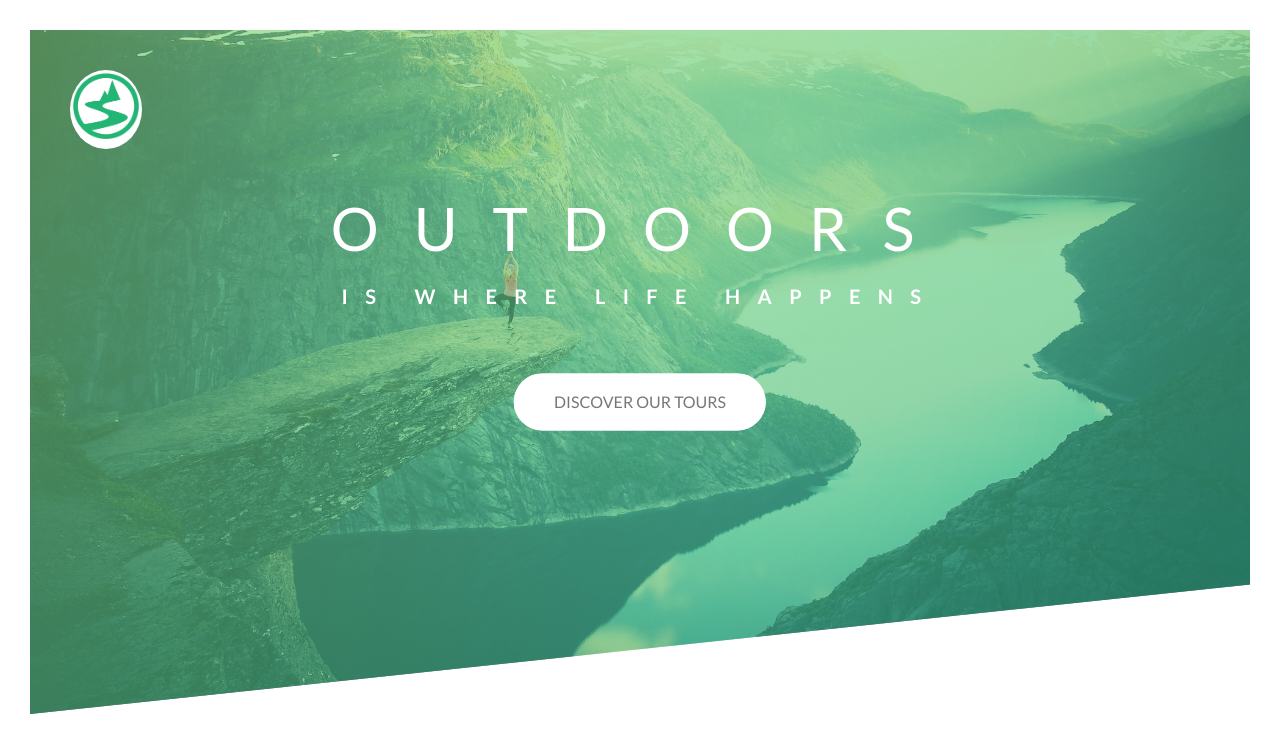
Repository: mukiSabljakovic/NatoursV1
Page: index.html
The author's editor kept a copy of each file at every save. The page is drawn from the files as they stood at one save, then again after the next save.
The browser window is 1280 px wide. The pictures show the whole page.
Some web libraries are served in a nearby version.

Above is the page before, as saved 2020-05-11 16:28:50.

### index.html
<!DOCTYPE html>
<html lang="en">
    <head>
        <meta charset="UTF-8">
        <meta name="viewport" content="width=device-width, initial-scale=1.0">

        <link href="https://fonts.googleapis.com/css?family=Lato:100,300,400,700,900" rel="stylesheet">

        <link rel="stylesheet" href="https://use.fontawesome.com/releases/v5.13.0/css/all.css" integrity="sha384-Bfad6CLCknfcloXFOyFnlgtENryhrpZCe29RTifKEixXQZ38WheV+i/6YWSzkz3V" crossorigin="anonymous">
        <link rel="stylesheet" href="style.css">
        <link rel="stylesheet" href="css/style.css">
        <link rel="shortcut icon" type="image/png" href="img/favicon.png">

        <title>Natours | Exciting tours for adventurous people</title>
    </head>
    <body>
       <header class="header">
           <div class="logo-box">
               <img class="logo" src="img/logo.png" alt="Natours Logo">
           </div>

           <div class="text-box">
               <h1 class="heading-primary">
                   <span class="heading-primary-main">Outdoors</span>
                   <span class="heading-primary-sub">is where life happens</span>
               </h1>
               <a href="#" class="btn btn-white btn-animated">Discover our tours</a>
           </div>

       </header>

    </body>
</html>

### css/style.css
@import url('https://fonts.googleapis.com/css2?family=Lato:wght@300;400;900&display=swap');

/*
COLORS:

Light green: #7ed56f
Medium green: #55c57a
Dark green: #28b485

*/

/* Basic Reset */


* {
    margin: 0;
    padding: 0;
    box-sizing: border-box;
}

body {
    font-family: 'Lato', sans-serif;
    font-weight: 400;
    font-size: 16px;
    line-height: 1.7;
    color: #777;
    padding: 1.875rem;
}

.header {
    height: 95vh;
    background-image: linear-gradient(
        to right bottom,
        rgba(126, 213, 111, .6),
        rgba(40, 180, 133, .6)),
        url(../img/hero.jpg);
    background-size: cover;
    background-position: top;

    clip-path: polygon(0 0, 100% 0, 100% 77vh, 0 100%);
    position: relative;
}

.logo-box {
    position: absolute;
    top: 40px;
    left: 40px;
    background: white;
    border-radius: 100%;
    padding: 3px;
}

.logo {
    height: 66px;

}

.text-box {
    position: absolute;
    top: 40%;
    left: 50%;
    transform: translate(-50%, -50%);
    text-align: center;
}

.heading-primary {
    color: #fff;
    text-transform: uppercase;

    /* Fix animation shaking */
    backface-visibility: hidden;
    margin-bottom: 60px;
}

.heading-primary-main {
    display: block;
    font-size: 3.75rem;
    font-weight: 400;
    letter-spacing: 2.1875rem;

    animation-name: moveInLeft;
    animation-duration: 1s;
    animation-timing-function: ease-out;
}

.heading-primary-sub {
    display: block;
    font-size: 1.25rem;
    font-weight: 700;
    letter-spacing: 1.0875rem;

    animation: moveInRight 1s ease-out;
}

@keyframes moveInLeft {
    0% {
        opacity: 0;
        transform: translateX(-100%);
    }

    80% {
        transform: translateX(10px);
    }

    100% {
        opacity: 1;
        trannsform: translate(0);
    }
}

@keyframes moveInRight {
    0% {
        opacity: 0;
        transform: translateX(100%);
    }

    80% {
        transform: translateX(-10px);
    }

    100% {
        opacity: 1;
        transform: translate(0);
    }
}

@keyframes moveInBottom {
    0% {
        opacity: 0;
        transform: translateY(-30px);
    }

    100% {
        opacity: 1;
        transform: translate(0);
    }
}

.btn:link,
.btn:visited {
    text-transform: uppercase;
    text-decoration: none;
    padding: 15px 40px;
    display: inline-block;
    border-radius: 100px;
    transition: all .2s;
}

.btn:hover {
    transform: translateY(-3px);
    box-shadow: 0 10px 20px rgba(0, 0, 0, .2);
}

.btn:active {
    transform: translateY(-1px);
    box-shadow: 0 10px 10px rgba(0, 0, 0, .2);
}

.btn-white {
    background-color: #fff;
    color: #777;
    position: relative;
}

.btn::after {
    content: "";
    display: inline-block;
    height: 100%;
    width: 100%;
    border-radius: 100px;
    position: absolute;
    top: 0;
    left: 0;
    z-index: -1;
    transition: all .2s;
}

.btn-white::after {
    background-color: #fff;
}

.btn:hover::after {
    transform: scaleX(1.4) scaleY(1.6);
    opacity: 0;
}

.btn-animated {
    animation: moveInBottom .5s ease-out .75s;
    animation-fill-mode: backwards;
}

After the next save:
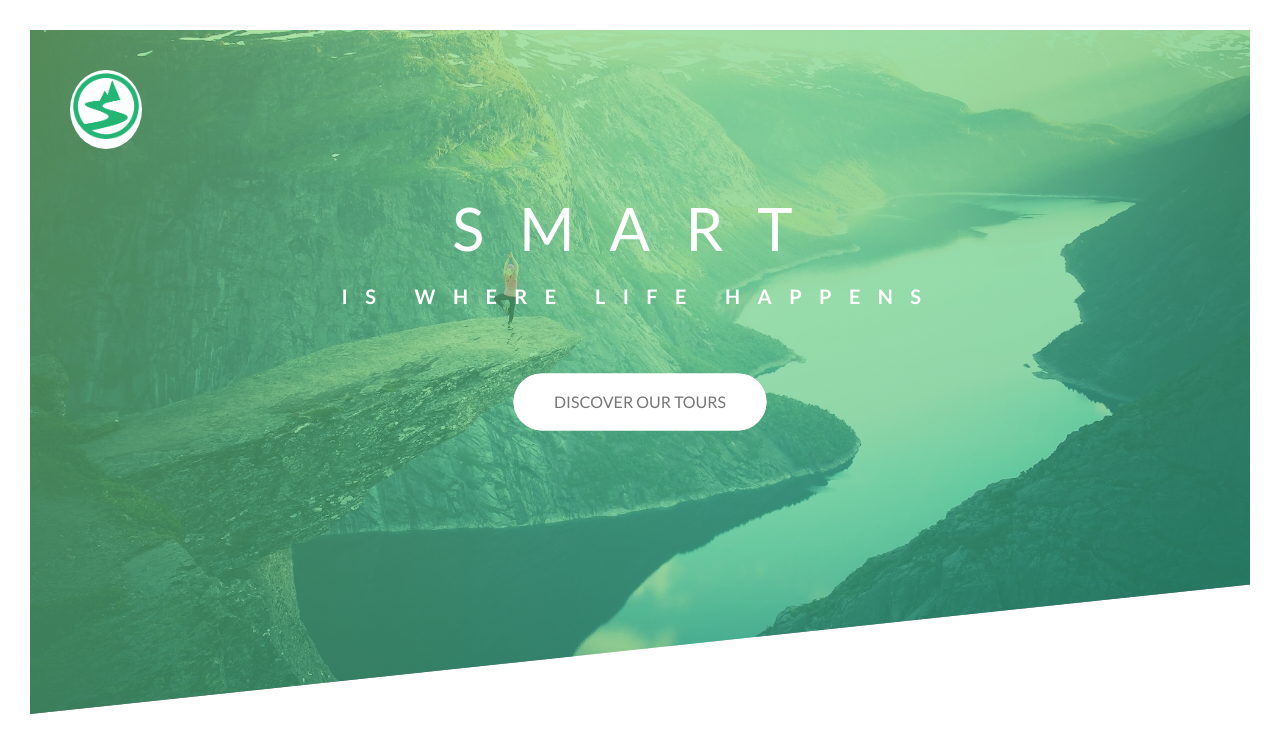
Saved 42 s later.
--- a/index.html
+++ b/index.html
@@ -21,7 +21,7 @@
 
            <div class="text-box">
                <h1 class="heading-primary">
-                   <span class="heading-primary-main">Outdoors</span>
+                   <span class="heading-primary-main">Smart</span>
                    <span class="heading-primary-sub">is where life happens</span>
                </h1>
                <a href="#" class="btn btn-white btn-animated">Discover our tours</a>
